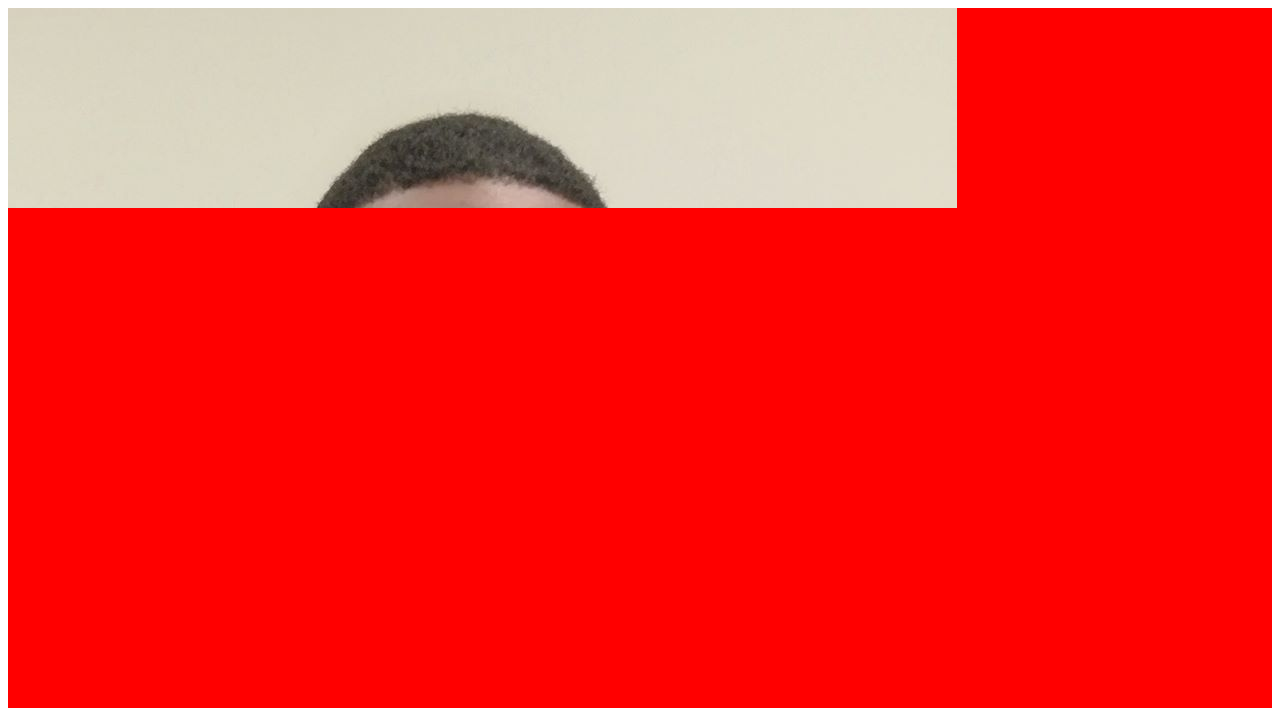
Repository: DNoel26/My_Dev_Portfolio
Page: index.html
The author's editor kept a copy of each file at every save. The page is drawn from the files as they stood at one save, then again after the next save.
The browser window is 1280 px wide. The pictures show the whole page.

Above is the page before, as saved 2021-01-23 03:22:02.

### index.html
<!DOCTYPE html>
<html lang="en">
<head>
    <meta charset="UTF-8">
    <meta name="viewport" content="width=device-width, initial-scale=1.0">
    <title>Homepage | Darnell Noel | Professional Portfolio | Full Stack Web Development</title>
    <link rel="stylesheet" href="/css/style.css">
</head>
<body>
    <header>
        <div>
            <svg viewBox="0 0 200 200" xmlns="http://www.w3.org/2000/svg">
                <path fill="#45A29E" d="M45.8,-76.7C59.5,-71.3,70.9,-59.4,77.1,-45.6C83.2,-31.7,84.1,-15.8,84.8,0.4C85.4,16.6,85.9,33.2,78.2,44.4C70.5,55.6,54.6,61.4,40.2,65.7C25.9,70.1,12.9,72.9,-0.9,74.5C-14.7,76,-29.4,76.2,-41.2,70.4C-53,64.5,-61.8,52.7,-69.1,39.9C-76.3,27.2,-82,13.6,-82.4,-0.2C-82.7,-14,-77.7,-28,-69.4,-38.9C-61,-49.7,-49.4,-57.5,-37.2,-63.8C-25.1,-70,-12.6,-74.8,1.7,-77.8C16,-80.8,32,-82,45.8,-76.7Z" transform="translate(100 100)" />
            </svg>
        </div>
    </header>
    <main>

    </main>
    <footer>

    </footer>
</body>
</html>

### css/style.css
header {
    height: 700px;
    background-color: red;
}

div {
    height: 200px;
    background: url("../img/profile_pic.jpg") no-repeat fixed ;
}

svg {
    height: 100%;
    opacity: 0;
}

After the next save:
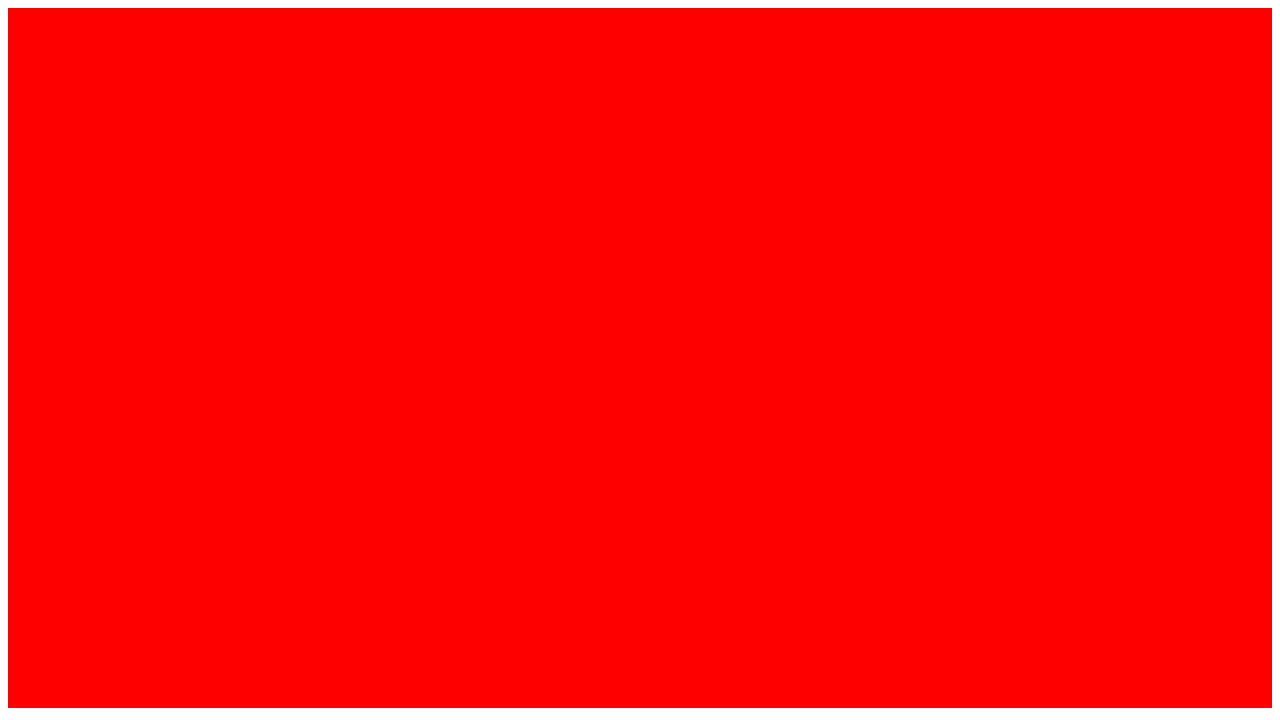
Saved 4 s later.
--- a/css/style.css
+++ b/css/style.css
@@ -5,7 +5,7 @@
 
 div {
     height: 200px;
-    background: url("../img/profile_pic.jpg") no-repeat fixed ;
+    background: url("../img/profile_pic.jpg") no-repeat fixed cover;
 }
 
 svg {

After the 2 saves that followed:
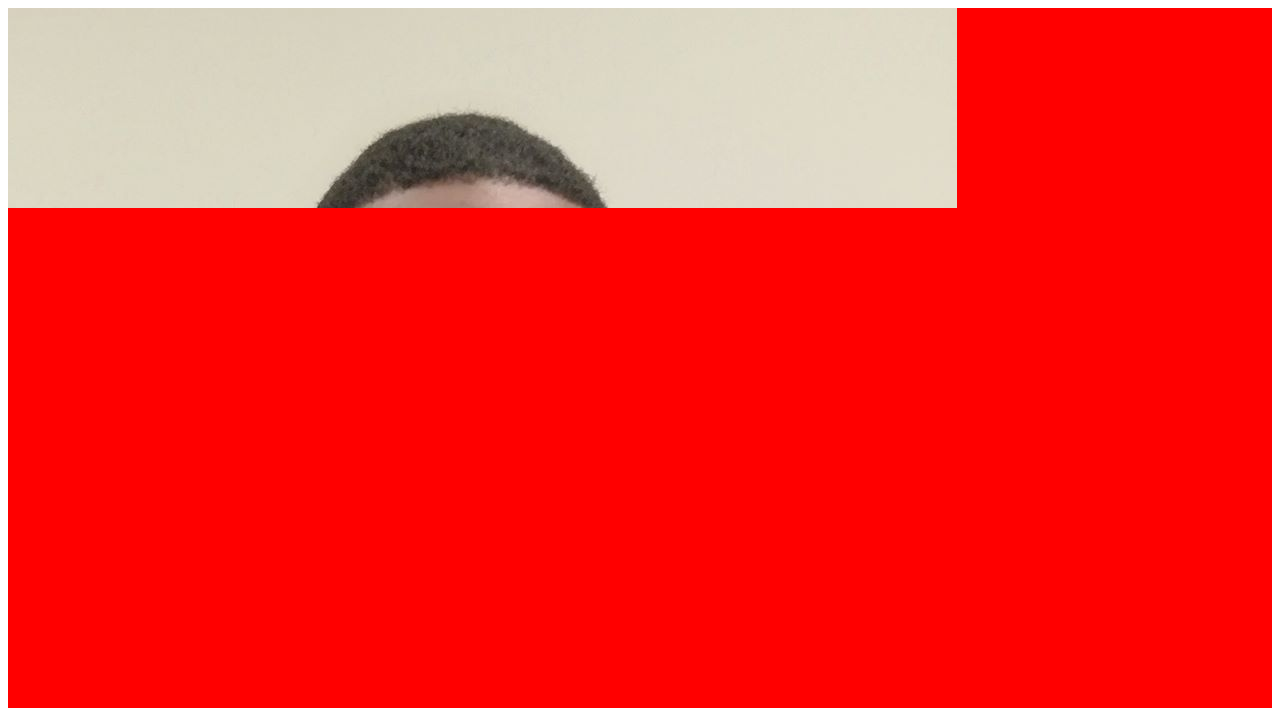
The 2 saves are shown as one change because they came seconds apart.
The last was saved 7 s later.
--- a/css/style.css
+++ b/css/style.css
@@ -5,7 +5,7 @@
 
 div {
     height: 200px;
-    background: url("../img/profile_pic.jpg") no-repeat fixed cover;
+    background: url("../img/profile_pic.jpg") no-repeat fixed;
 }
 
 svg {
